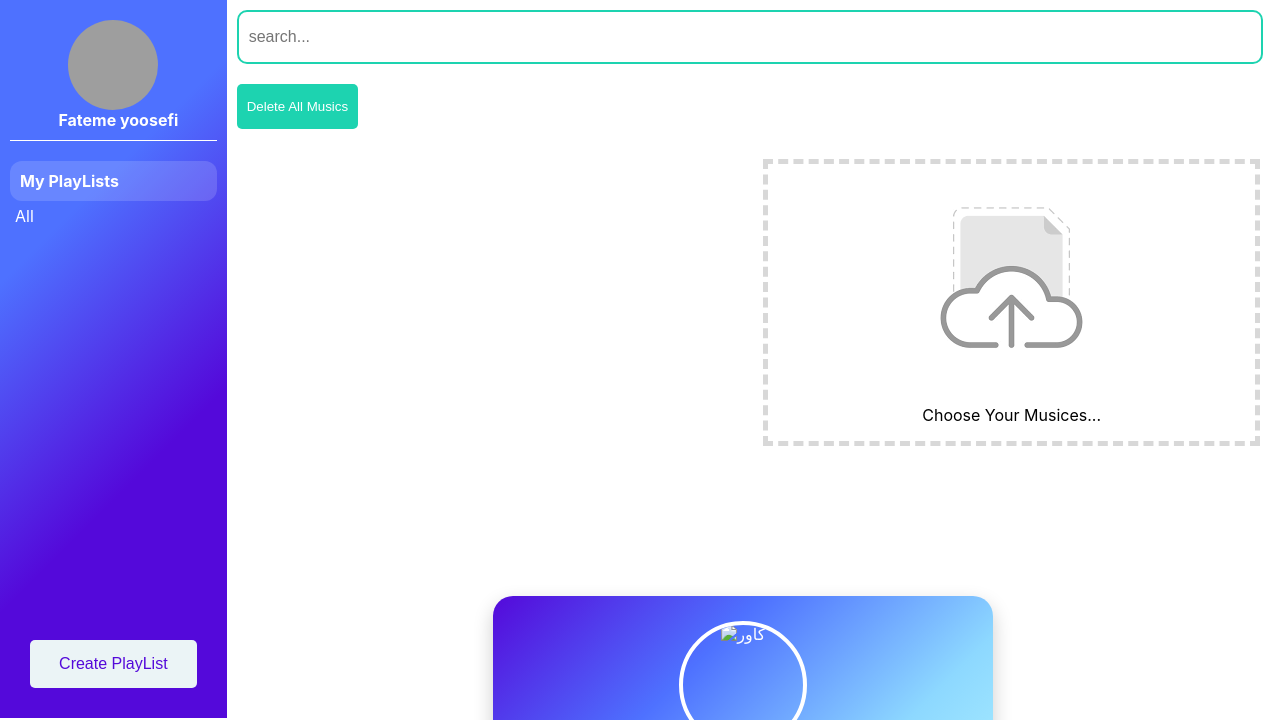
Repository: fateme81yosefi/musicPlayer
Page: /
An editor plug-in stored every save of this project. The page is shown before and after a run of saves, followed by the edit.
The browser window is 1280 px wide. The pictures show the whole page.
Pictures or frames that could not be fetched are drawn as grey boxes. An inner scrolling area shows only its first screen. The project was rebuilt for these pictures with package versions that can differ from the ones it lists, and the page was loaded fresh each time.

Above is the page before, as saved 2025-06-28 14:43:56.

After the next 4 saves:
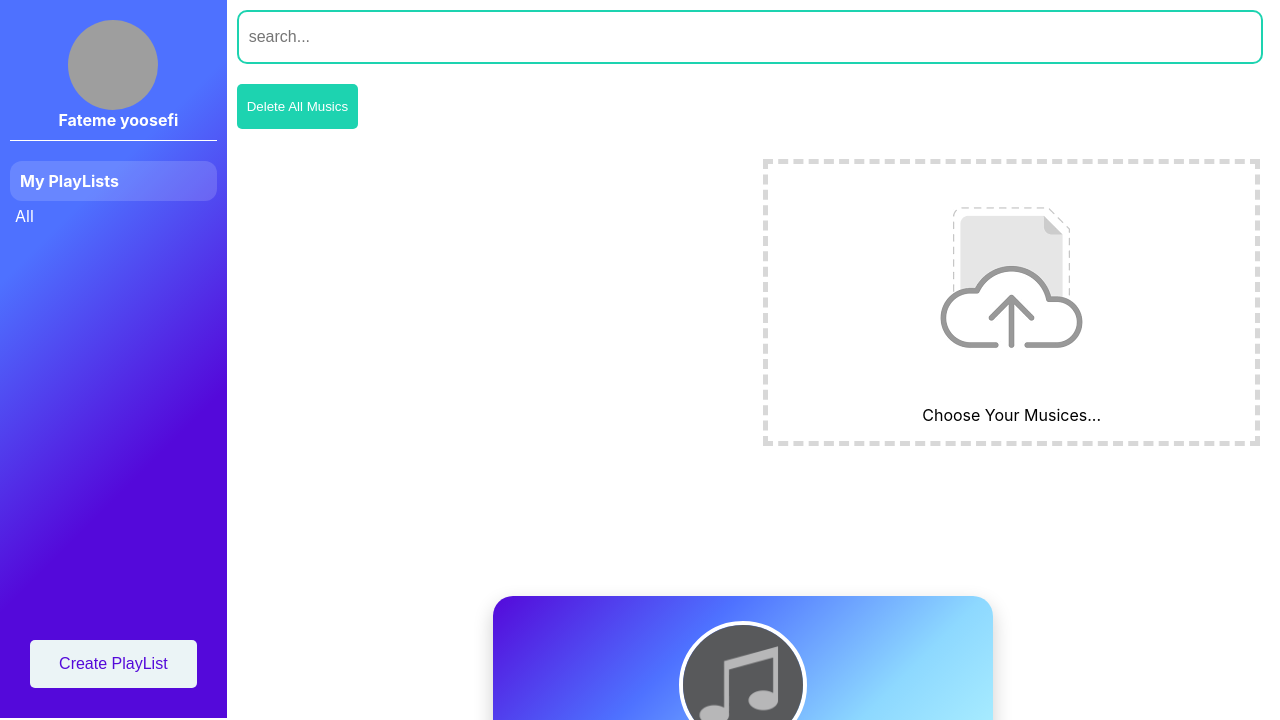
The 4 saves are shown as one change because 2 did not build or start and some came seconds apart.
The last was saved 59 s later.
--- a/src/Components/MainPage/MainPage.js
+++ b/src/Components/MainPage/MainPage.js
@@ -78,7 +78,7 @@ const MainPage = () => {
                     <div className="flex-1 text-white">
 
 
-                              <MusicPlayer music={currentMusic} />
+                              <MusicPlayer currentMusic={currentMusic} />
 
                     </div>
                 </div>
--- a/src/Components/MusicPlayer/MusicPlayer.jsx
+++ b/src/Components/MusicPlayer/MusicPlayer.jsx
@@ -1,32 +1,21 @@
 import { useRef, useState, useEffect } from "react";
 import "./MusicPlayer.css";
 
-export default function MusicPlayer({ music }) {
+export default function MusicPlayer({ currentMusic }) {
   const audioRef = useRef(null);
   const [isPlaying, setIsPlaying] = useState(false);
   const [progress, setProgress] = useState(0);
-  const [duration, setDuration] = useState(0);
-  const [currentTime, setCurrentTime] = useState(0);
 
   useEffect(() => {
     const audio = audioRef.current;
 
     const updateProgress = () => {
-      setCurrentTime(audio.currentTime);
-      setProgress((audio.currentTime / audio.duration) * 100);
-    };
-
-    const setAudioDuration = () => {
-      setDuration(audio.duration);
+      const percent = (audio.currentTime / audio.duration) * 100;
+      setProgress(percent || 0);
     };
 
     audio.addEventListener("timeupdate", updateProgress);
-    audio.addEventListener("loadedmetadata", setAudioDuration);
-
-    return () => {
-      audio.removeEventListener("timeupdate", updateProgress);
-      audio.removeEventListener("loadedmetadata", setAudioDuration);
-    };
+    return () => audio.removeEventListener("timeupdate", updateProgress);
   }, []);
 
   const togglePlay = () => {
@@ -39,43 +28,25 @@ export default function MusicPlayer({ music }) {
     setIsPlaying(!isPlaying);
   };
 
-  const handleSeek = (e) => {
-    const bar = e.currentTarget;
-    const percent = e.nativeEvent.offsetX / bar.offsetWidth;
-    const audio = audioRef.current;
-    audio.currentTime = percent * duration;
-    setProgress(percent * 100);
-  };
-
-  const formatTime = (time) => {
-    if (!time || isNaN(time)) return "00:00";
-    const minutes = Math.floor(time / 60);
-    const seconds = Math.floor(time % 60);
-    return `${minutes}:${seconds < 10 ? "0" : ""}${seconds}`;
-  };
-
   return (
     <div className="player">
       <div className={`cover ${isPlaying ? "spin pulse" : ""}`}>
-        <img src={music.cover} alt="کاور" />
+        <img src="/song_cover.png" alt="کاور آهنگ" />
       </div>
 
-      <h2 className="title">{music.name}</h2>
+      <div className="info">
+        <h2 className="title">{currentMusic.name}</h2>
 
-      <div className="time">
-        <span>{formatTime(currentTime)}</span>
-        <span>{formatTime(duration - currentTime)}</span>
+        <div className="progress-container">
+          <div className="progress-bar" style={{ width: `${progress}%` }}></div>
+        </div>
+
+        <button className="play-btn" onClick={togglePlay}>
+          {isPlaying ? "❚❚" : "▶"}
+        </button>
+
+        <audio ref={audioRef} src={currentMusic.data} preload="metadata" />
       </div>
-
-      <div className="progress-container" onClick={handleSeek}>
-        <div className="progress-bar" style={{ width: `${progress}%` }}></div>
-      </div>
-
-      <div className="controls">
-        <button onClick={togglePlay}>{isPlaying ? "❚❚" : "▶"}</button>
-      </div>
-
-      <audio ref={audioRef} src={music.src} preload="metadata" autoPlay />
     </div>
   );
 }
